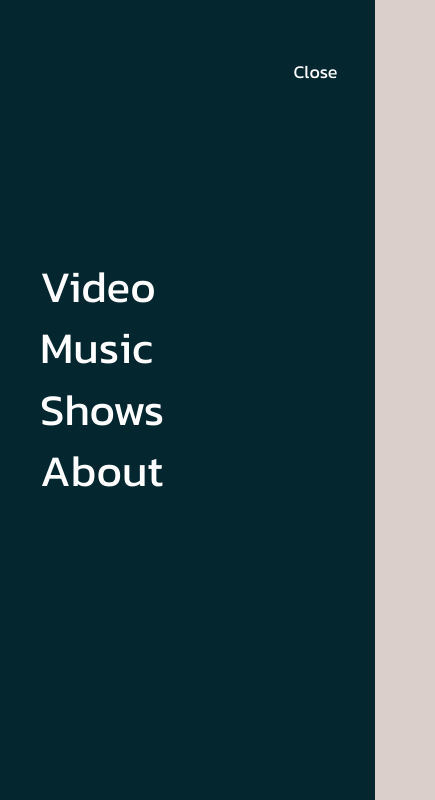
Repository: KrystellBarraza/SipperNYC
Page: home.html
The author's editor kept a copy of each file at every save. The page is drawn from the files as they stood at one save, then again after the next save.
The browser window is 375 px wide. The page is 375 px wide, then 435 px, then 375 px, so the pictures cover 435 px, including what lies to the right of the window. The pictures show the whole page.
Some web libraries are served in a nearby version.

Above is the page before, as saved 2019-08-16 13:47:20.

After the next save:
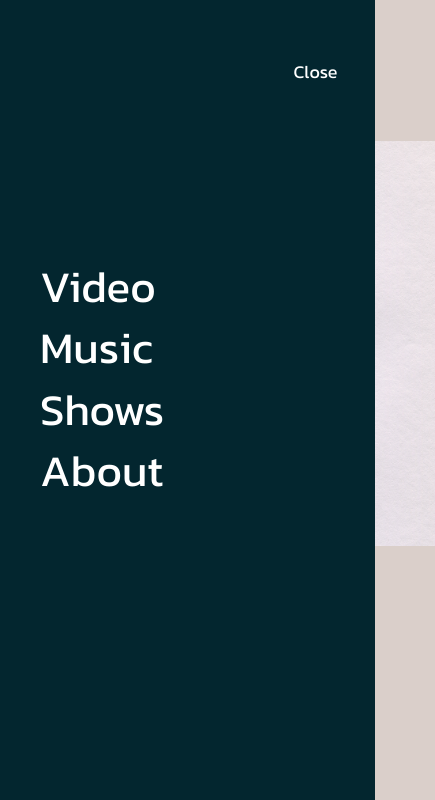
Saved 3 min 52 s later.
--- a/style.css
+++ b/style.css
@@ -192,6 +192,7 @@
         display: grid;
         grid-template-columns: repeat(12, 1fr);
         grid-template-rows: auto 2fr 1fr;
+        grid-template-columns: minmax(min-content, 300px) minmax(200px, 1fr) 150px;
         grid-gap: 5px;
         padding-left: 8%;
         padding-right: 8%;

After the save that followed:
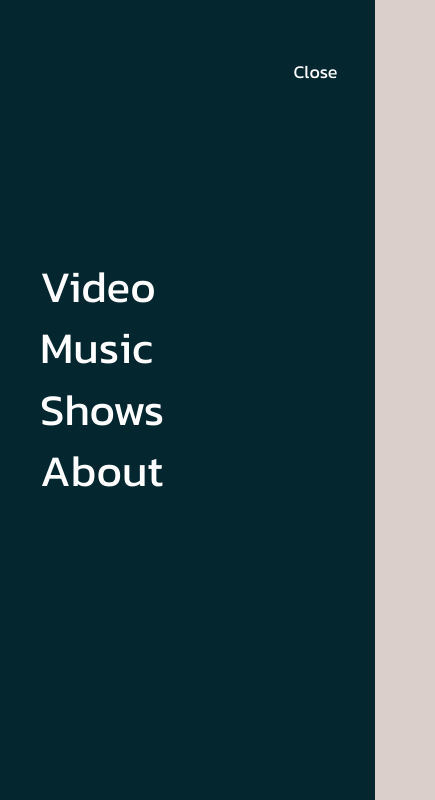
Saved 13 s later.
--- a/style.css
+++ b/style.css
@@ -192,7 +192,6 @@
         display: grid;
         grid-template-columns: repeat(12, 1fr);
         grid-template-rows: auto 2fr 1fr;
-        grid-template-columns: minmax(min-content, 300px) minmax(200px, 1fr) 150px;
         grid-gap: 5px;
         padding-left: 8%;
         padding-right: 8%;
